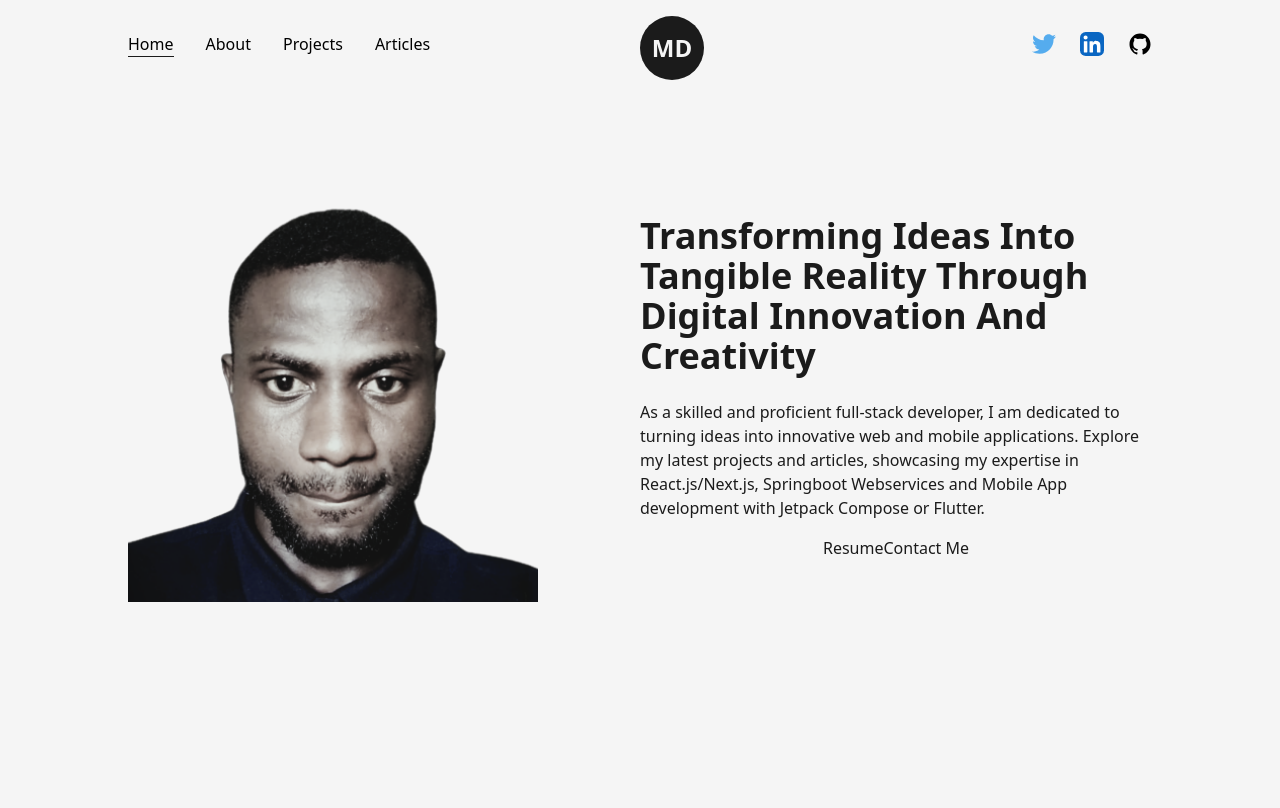
Repository: marcusdashe/situs
Page: /
The author's editor kept a copy of each file at every save. The page is drawn from the files as they stood at one save, then again after the next save.
The browser window is 1280 px wide. The pictures show the whole page.
The project was rebuilt for these pictures with package versions that can differ from the ones it lists, and the page was loaded fresh each time. The framework's server and built-in components were replaced by stand-ins that run in the browser.

Above is the page before, as saved 2023-06-15 18:36:24.

### src/pages/_app.js
import Navbar from "@/components/Navbar";
import "@/styles/globals.css";
import Head from "next/head";
// import { IBM_Plex_Sans } from "next/font/google";

// const ibm = IBM_Plex_Sans({
//   subsets: ["latin"],
//   variable: "--font-mont",
// });

export default function App({ Component, pageProps }) {
  return (
    <>
      <Head>
        <meta name="viewport" content="width=device-width, initial-scale=1" />
        <link rel="icon" href="/favicon.ico" />
      </Head>
      <main className={`  bg-light w-full min-h-screen`}>
        <Navbar />
        <Component {...pageProps} />
      </main>
    </>
  );
}

### src/pages/index.js
import Head from "next/head";
import Image from "next/image";
import Link from "next/link";
import { Inter, Linden_Hill } from "next/font/google";
import Layout from "@/components/Layout";
import profilePic from "../../public/images/profile/developer-pic-4.png";
import AnimatedText from "../components/AnimatedText";

const inter = Inter({ subsets: ["latin"] });

export default function Home() {
  return (
    <>
      <Head>
        <title>Marcus Dashe | Portfolio</title>
        <meta name="description" content="Generated by create next app" />
      </Head>
      <main className="flex items-center text-dark w-full min-h-screen">
        <Layout className="pt-0">
          <div className=" w-full flex items-center justify-between">
            <div className="w-2/5">
              <Image
                src={profilePic}
                alt="Marcus Dashe"
                className="w-full h-auto"
              />
            </div>
            <div className="w-1/2 flex flex-col items-center self-center">
              <AnimatedText
                text="Transforming Ideas into Tangible Reality Through Digital Innovation and Creativity
"
                className="!text-left"
              />
              <p className="my-4 text-base font-medium">
                As a skilled and proficient full-stack developer, I am dedicated
                to turning ideas into innovative web and mobile applications.
                Explore my latest projects and articles, showcasing my expertise
                in React.js/Next.js, Springboot Webservices and Mobile App
                development with Jetpack Compose or Flutter.
              </p>
              <div>
                <Link href="/MarcusDasheResume.pdf" target={"_blank"}>
                  Resume
                </Link>
                <Link
                  href="mailto:marcusdashe.developer@gmail.com"
                  target={"_blank"}
                >
                  Contact Me
                </Link>
              </div>
            </div>
          </div>
        </Layout>
      </main>
    </>
  );
}

### src/components/Navbar.jsx
import React from "react";
import { useRouter } from "next/router";
import Link from "next/link";
import Logo from "./Logo";
import { TwitterIcon, GithubIcon, LinkedInIcon } from "./Icons";
import { motion } from "framer-motion";

const CustomLink = ({ href, title, className = "" }) => {
  const router = useRouter();

  return (
    <Link href={href} className={`${className} relative group`}>
      {title}
      <span
        className={`h-[1px] inline-block bg-dark absolute left-0 -bottom-0.5 group-hover:w-full transition-[width] ease duration-300 ${
          router.asPath === href ? "w-full" : "w-0"
        }`}
      >
        &nbsp;
      </span>
    </Link>
  );
};

const Navbar = () => {
  return (
    <header
      className="w-full px-32 py-8 font-medium
            flex items-center justify-between"
    >
      <nav>
        <CustomLink href="/" title="Home" className="mr-4" />
        <CustomLink href="/about" title="About" className="mx-4" />
        <CustomLink href="/projects" title="Projects" className="mx-4" />
        <CustomLink href="/articles" title="Articles" className="ml-4" />
      </nav>

      <nav className="flex items-center justify-center flex-wrap">
        <motion.a
          href="https://www.twitter.com/marcusdashe"
          target={"_blank"}
          whileHover={{
            y: -2,
          }}
          whileTap={{ scale: 0.9 }}
          className="w-6 mx-3"
        >
          <TwitterIcon className="" />
        </motion.a>
        <motion.a
          href="https://www.linkedin.com/in/marcus-dashe-15a088202"
          target={"_blank"}
          whileHover={{
            y: -2,
          }}
          whileTap={{ scale: 0.9 }}
          className="w-6 mx-3"
        >
          <LinkedInIcon />
        </motion.a>
        <motion.a
          href="https://www.github.com/marcusdashe"
          target={"_blank"}
          whileHover={{
            y: -2,
          }}
          whileTap={{ scale: 0.9 }}
          className="w-6 ml-3"
        >
          <GithubIcon />
        </motion.a>
      </nav>
      <div className="absolute left-[50%] top-2 translate-x-[-50]">
        <Logo />
      </div>
    </header>
  );
};

export default Navbar;

### src/styles/globals.css
@import url("https://fonts.googleapis.com/css2?family=IBM+Plex+Sans:ital,wght@0,100;0,200;0,300;1,100;1,200&family=Inter:wght@300;400;500;600;700;800;900&display=swap");

@tailwind base;
@tailwind components;
@tailwind utilities;

### src/components/Layout.jsx
import React from "react";

const Layout = ({ children, className = "" }) => {
  return (
    <div className={`${className} w-full inline-block z-0 bg-light p-32  `}>
      {children}
    </div>
  );
};

export default Layout;

### src/components/AnimatedText.jsx
import React from "react";
import { motion } from "framer-motion";

const quote = {
  initial: {
    opacity: 1,
  },
  animate: {
    opacity: 1,
    transition: {
      delay: 0.5,
      staggerChildren: 0.08,
    },
  },
};

const singleWord = {
  initial: {
    opacity: 0,
    y: 50,
  },
  animate: {
    opacity: 1,
    y: 0,
    transition: {
      duration: 1,
    },
  },
};

const AnimatedText = ({ text, className = "" }) => {
  return (
    <div className="w-full mx-auto py-2 flex items-center justify-center text-center overflow-hidden ">
      <motion.h1
        className={`inline-block w-full text-dark font-bold capitalize text-4xl ${className}`}
        variants={quote}
        initial="initial"
        animate="animate"
      >
        {text.split(" ").map((word, index) => (
          <motion.span
            key={index}
            className="inline-block"
            variants={singleWord}
          >
            {word}&nbsp;
          </motion.span>
        ))}
      </motion.h1>
    </div>
  );
};

export default AnimatedText;

### src/components/Logo.jsx
"use client";

import React from "react";
import Link from "next/link";
import { motion } from "framer-motion";

const MotionLink = motion(Link);

const Logo = () => {
  return (
    <div className="flex items-center justify-center mt-2">
      <MotionLink
        href="/"
        className="w-16 h-16 bg-dark text-light flex items-center
        justify-center rounded-full text-2xl font-bold hover
      "
        whileHover={{
          scale: 1.5,
          backgroundColor: [
            "#121212",
            "rgba(131,58,180,1)",
            "rgba(253,29,29,1)",
            "rgba(252,176,69,1)",
            "rgba(131,58,180,1)",
            "#121212",
          ],
          transition: {
            duration: 1,
            repeat: Infinity,
          },
        }}
      >
        MD
      </MotionLink>
    </div>
  );
};

export default Logo;

Loaded but not shown: tailwind.config.js (27 lines, source omitted); src/components/Icons.jsx (463 lines, source omitted)

After the next save:
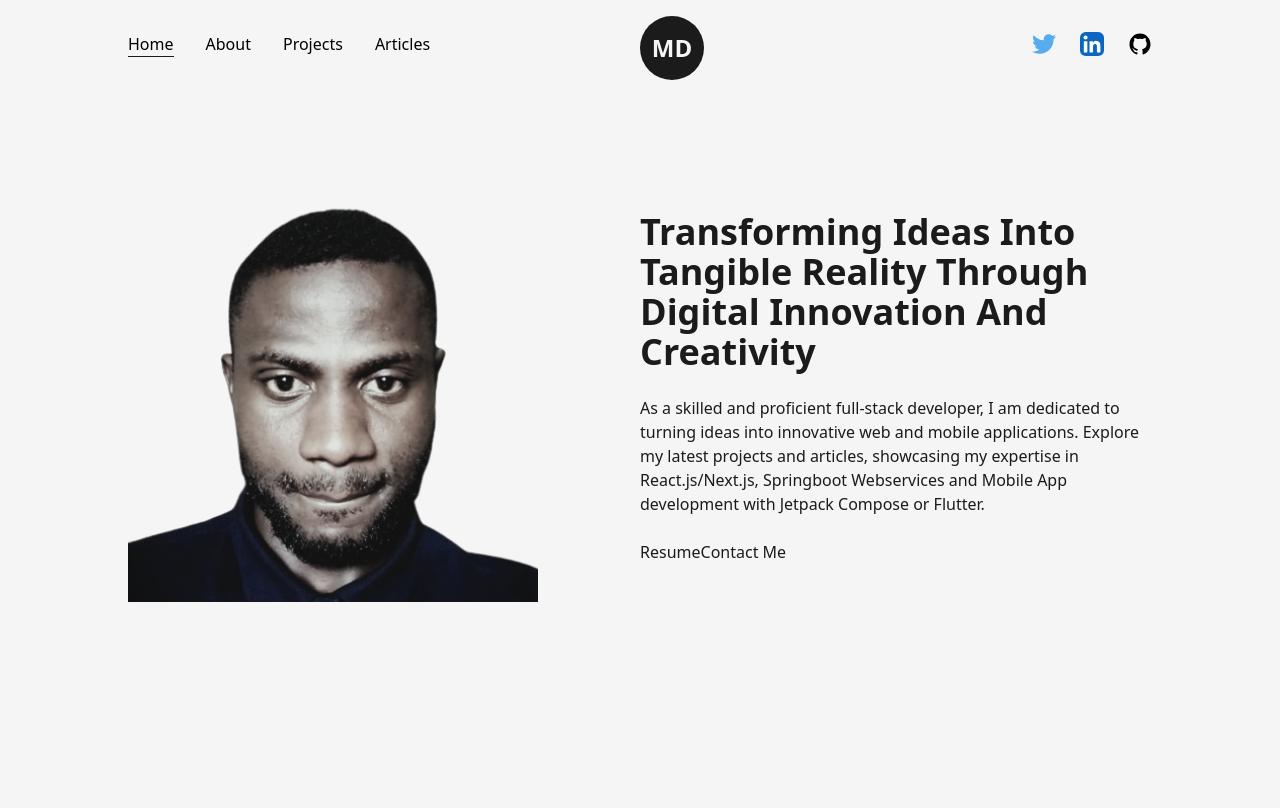
Saved 85 s later.
--- a/src/pages/index.js
+++ b/src/pages/index.js
@@ -38,7 +38,7 @@ export default function Home() {
                 in React.js/Next.js, Springboot Webservices and Mobile App
                 development with Jetpack Compose or Flutter.
               </p>
-              <div>
+              <div className=" flex items-center self-start mt-2">
                 <Link href="/MarcusDasheResume.pdf" target={"_blank"}>
                   Resume
                 </Link>
